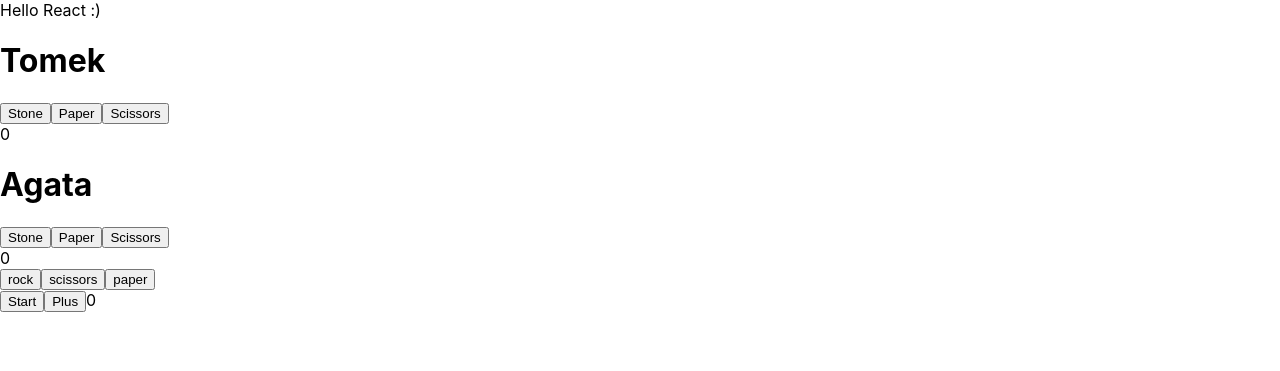
Repository: K009/Rock-Paper-Scissors
Page: /
The author's editor kept a copy of each file at every save. The page is drawn from the files as they stood at one save, then again after the next save.
The browser window is 1280 px wide. The pictures show the whole page.
The project was rebuilt for these pictures with package versions that can differ from the ones it lists, and the page was loaded fresh each time. Also part of the build but not shown: src/App.css.

Above is the page before, as saved 2020-05-11 11:19:49.

After the next save:
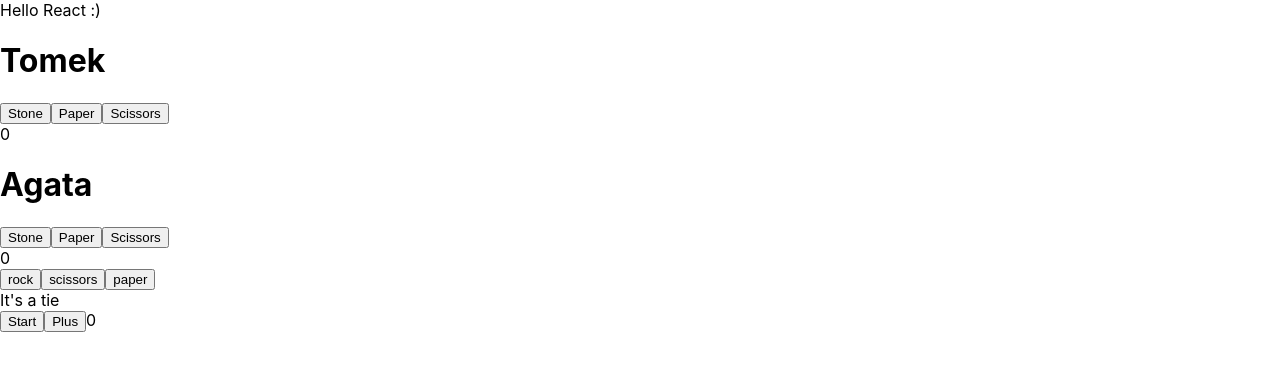
Saved 30 s later.
--- a/src/App.js
+++ b/src/App.js
@@ -54,7 +54,6 @@ class App extends Component {
     });
   }
   render() {
-    const { playerOne, playerTwo, winner } = this.state;
     return (
       <div className="App">
         Hello React :)
@@ -76,7 +75,7 @@ class App extends Component {
             paper
           </button>
         </div>
-        <div className="winner">{winner ? this.selectWinner() : null}</div>
+        <div className="winner">{this.selectWinner()}</div>
         <button className="start" onClick={() => this.startGame()}>
           Start
         </button>
